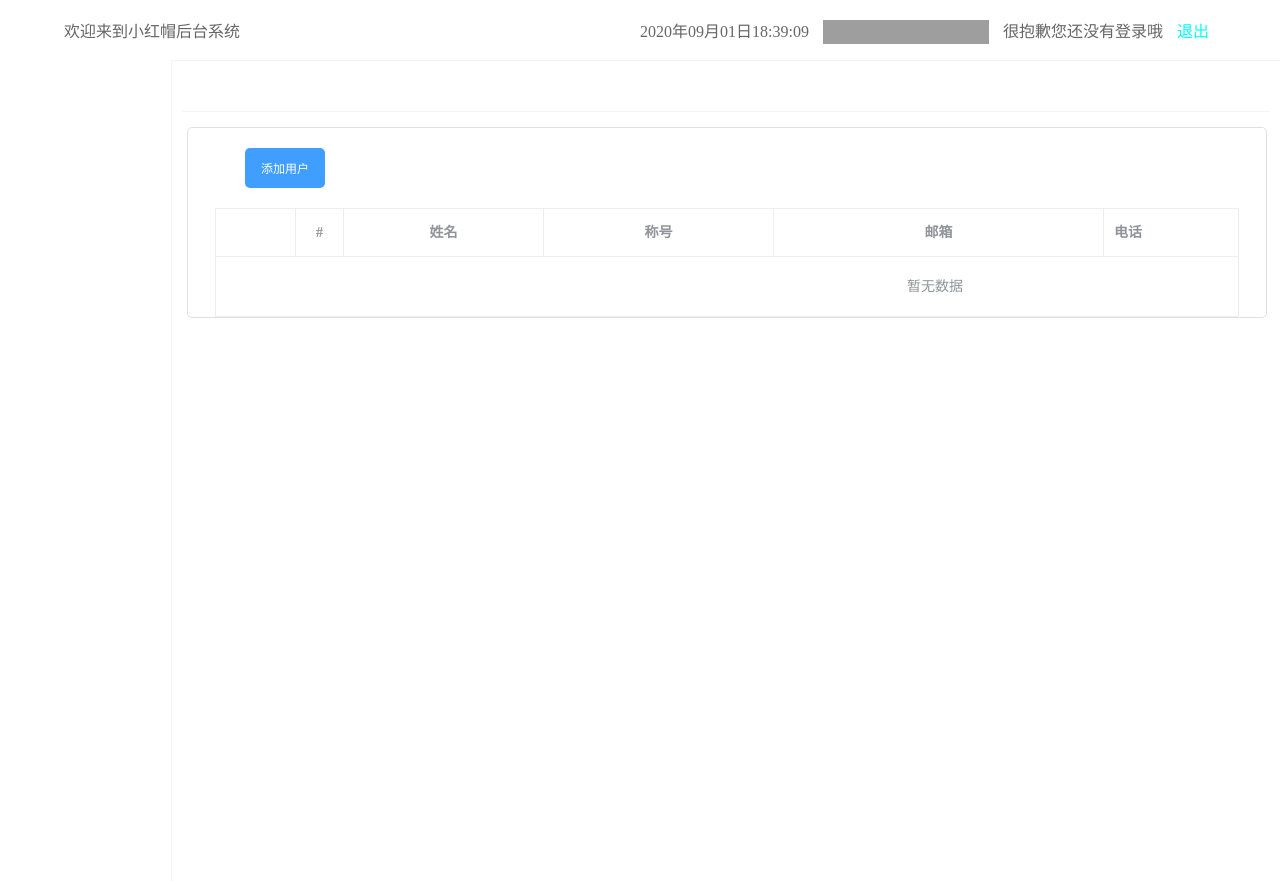
Repository: jinggegeZ/whitesystem
Page: /rights/roles
These files come from the project's save history. The page is drawn as it stood at one moment and after the next save; the edit follows.
The browser window is 1280 px wide. The pictures show the whole page.
Pictures or frames that could not be fetched are drawn as grey boxes. The page's requests for data from a server got no answer. The project was rebuilt for these pictures with package versions that can differ from the ones it lists, and the page was loaded fresh each time. No one was signed in, and anything a server would have sent is missing. Also part of the build but not shown: vue.config.js, src/views/Home.vue.

Above is the page before, as saved 2020-09-02 12:48:47.

After the next save:
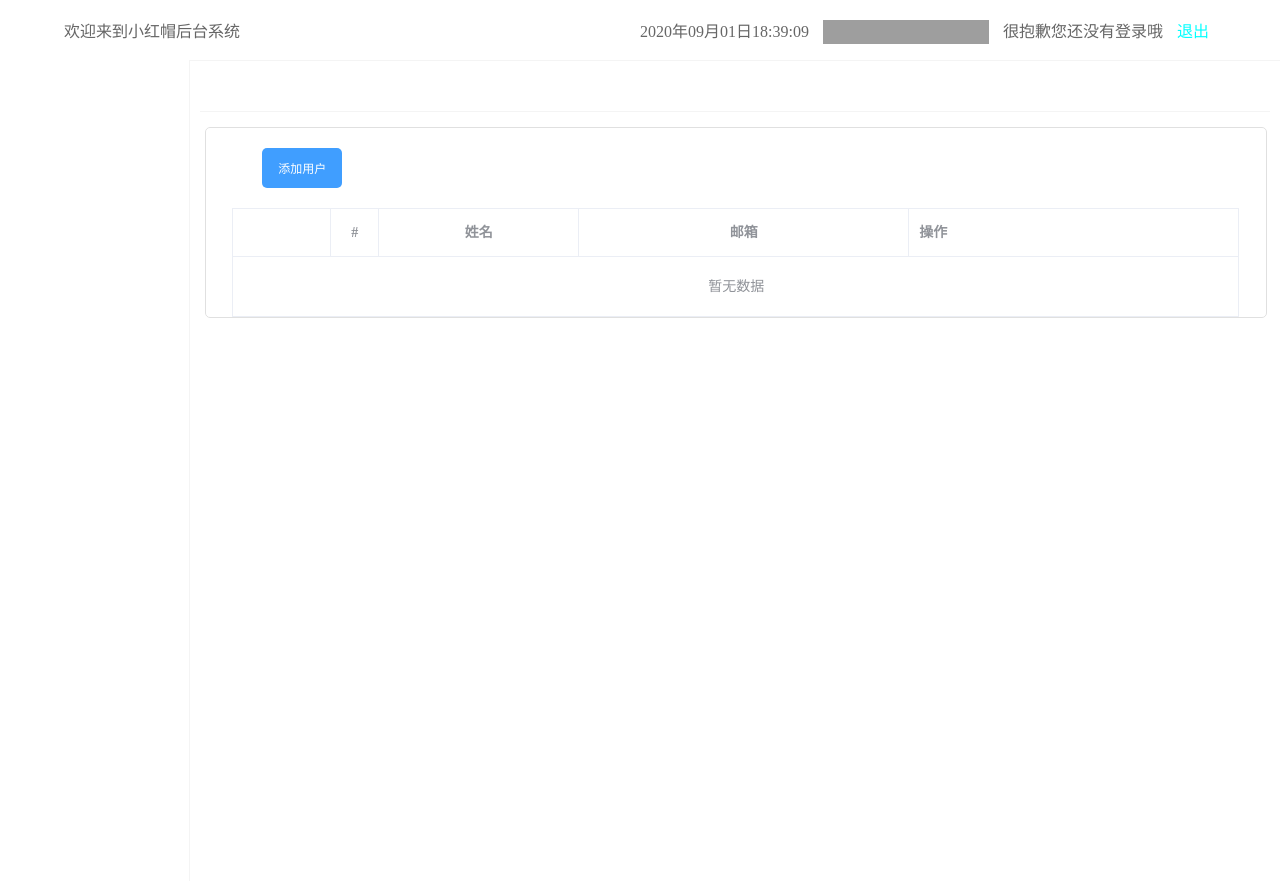
Saved 75 s later.
--- a/src/views/roleList/RoleList.vue
+++ b/src/views/roleList/RoleList.vue
@@ -50,20 +50,10 @@
             <el-table-column label="" align="center"></el-table-column>
             <!-- 下标 -->
             <el-table-column label="#" type="index" :index="indexMethod" align="center"></el-table-column>
-            <!-- 下标 -->
+            <!-- 姓名 -->
             <el-table-column prop="roleName" label="姓名" width="200" align="center"></el-table-column>
-            <!-- 姓名 -->
-            <el-table-column prop="role_name" label="称号" width="230" align="center"></el-table-column>
             <!-- 角色 -->
             <el-table-column prop="email" label="邮箱" width="330" align="center"></el-table-column>
-            <!-- 电话 -->
-            <el-table-column prop="mobile" label="电话" align="left" width="150"></el-table-column>
-            <!-- 状态 -->
-            <el-table-column label="状态" width="70" align="center">
-              <template slot-scope="scope">
-                <el-switch v-model="scope.row.mg_state" @change="change(scope.row)"></el-switch>
-              </template>
-            </el-table-column>
             <!-- 操作 -->
             <el-table-column label="操作" width="330">
               <template slot-scope="scope">
